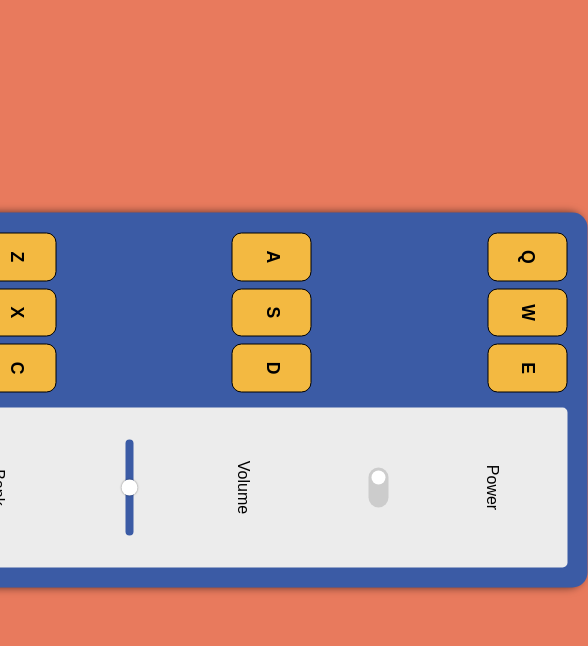
Repository: alfredoleano/drum-machine
Page: /
An editor plug-in stored every save of this project. The page is shown before and after the next save, followed by the edit.
The browser window is 375 px wide. The page is 588 px wide, so the pictures cover 588 px, including what lies to the right of the window. The pictures show the whole page.
The project was rebuilt for these pictures with package versions that can differ from the ones it lists, and the page was loaded fresh each time.

Above is the page before, as saved 2024-06-11 20:13:08.

### src/App.js
import { useEffect, useState } from 'react';
import './App.css';
import './styles.scss';

function App() {
  const bank1 = {
    Q: 'sounds/Heater-1.mp3',
    W: 'sounds/Heater-2.mp3',
    E: 'sounds/Heater-3.mp3',
    A: 'sounds/Heater-4_1.mp3',
    S: 'sounds/Heater-6.mp3',
    D: 'sounds/Dsc_Oh.mp3',
    Z: 'sounds/Kick_n_Hat.mp3',
    X: 'sounds/RP4_KICK_1.mp3',
    C: 'sounds/Cev_H2.mp3'
  };

  const bank2 = {
    Q: 'sounds/piano.mp3',
    W: 'sounds/jazz.wav',
    E: 'sounds/bangu.wav',
    A: 'sounds/num.wav',
    S: 'sounds/stroke.wav',
    D: 'sounds/cymbals.wav',
    Z: 'sounds/tom.wav',
    X: 'sounds/kick.wav',
    C: 'sounds/snare.wav'
  };

  const [volume, setVolume] = useState(50); // initial sound value
  const [power, setPower] = useState(false); //initial power volume
  const [bank, setBank] = useState(bank1); // initial bank value
  const [isBank1, setIsBank1] = useState(true); // initial bank toggle state

  // Function to change volume
  const changeVolume = (event) => {
    setVolume(event.target.value); // Update the state with current value of the volume slider
  };

  // Function to toggle power
  const togglePower = () => {
    setPower(!power);
  };

  // Function to switch Banks
  const toggleBank = () => {
    setBank(isBank1 ? bank2 : bank1);
    setIsBank1(!isBank1);
  }

  // Function to play sound
  const playSound = (id) => {
    if(!power) return; // Check if the power is on
    const audio = new Audio(bank[id]);
    audio.volume = volume / 100; // initial sound volume
    audio.currentTime = 0; // Set audio to beginning
    audio.play();
  };

  // Use useEffect to add event listener for keydown events
  useEffect(() => {
    // Make the approptiate key play the approptiate sound
    const handleKeydown = (event) => {
      const key = event.key.toUpperCase();
      if(['Q', 'W', 'E', 'A', 'S', 'D', 'Z', 'X', 'C'].includes(key)) {
        playSound(key);

        // Add active class to the button
        const button = document.getElementById(`button-${key}`);
        if(button) {
          button.classList.add('active');
        }
      }
    };

    const handleKeyup = (event) => {
      const key = event.key.toUpperCase();
      if (['Q', 'W', 'E', 'A', 'S', 'D', 'Z', 'X', 'C'].includes(key)) {
        // Remove active class from the button
        const button = document.getElementById(`button-${key}`);
        if (button) {
          button.classList.remove('active');
        }
      }
    };

    // Add keydown event listener
    window.addEventListener('keydown', handleKeydown);
    window.addEventListener('keyup', handleKeyup);

    // Cleanup event listener on component unmount
    return () => {
      window.removeEventListener('keydown', handleKeydown);
      window.removeEventListener('keyup', handleKeyup);
    };
  }, [volume, power, bank]);

  return (
    <div className="App">
      <div id='drum-machine'>
        <div id='display'>
          <div className='buttons-grid'>
            <button id="button-Q" onClick={() => playSound('Q')}>Q</button>
            <button id="button-W" onClick={() => playSound('W')}>W</button>
            <button id="button-E" onClick={() => playSound('E')}>E</button>
            <button id="button-A" onClick={() => playSound('A')}>A</button>
            <button id="button-S" onClick={() => playSound('S')}>S</button>
            <button id="button-D" onClick={() => playSound('D')}>D</button>
            <button id="button-Z" onClick={() => playSound('Z')}>Z</button>
            <button id="button-X" onClick={() => playSound('X')}>X</button>
            <button id="button-C" onClick={() => playSound('C')}>C</button>
          </div>

          <div className='controls'>
            <div className='settings'>
              <label>Power</label>
              {/* Rounded switch */}
              <label className="switch">
                <input type="checkbox" checked={power} onChange={togglePower}/>
                <span className="slider round"></span>
              </label>
            </div>

            <div className='settings'>
              <label>Volume</label>
              <input
                type='range'
                min={0}
                max={100}
                value={volume}
                onChange={changeVolume}
                className='blue'
              />
            </div>

            <div className='settings'>
              <label>Bank</label>
              <label className="switch">
                <input type="checkbox" checked={!isBank1} onChange={toggleBank}/>
                <span className="slider bank"></span>
              </label>
            </div>
          </div>
        </div>
      </div>
    </div>
  );
}

export default App;

### src/styles.scss
$primary-color: #E87A5D;
$secondary-color: #F3B941;
$tertiary-color: #3B5BA5;

/* Apply box-sizing: border-box globally */
*,
*::before,
*::after {
  box-sizing: border-box;
}

body {
  box-sizing: border-box;
  font-family: Arial, sans-serif;
  background-color: $primary-color;
  margin: 0;
  padding: 0;
  height: 100vh;
  // display: flex;
  // align-items: center;
  // justify-content: center;
}

#drum-machine {
  width: 100vw;
  height: 100vh;
  display: flex;
  align-items: center;
  justify-content: center;
  // background-color: greenyellow;
}

#display {
  background-color: $tertiary-color;
  width: 85%;
  max-width: 590px;
  margin: 30px auto;
  padding: 20px;
  border-radius: 15px;
  box-shadow: 0 4px 8px rgba(0, 0, 0, 0.6); /* Subtle shadow */
  display: grid;
  grid-template-columns: 1fr 1fr;
  grid-auto-columns: min-content;
  gap: 15px;
}

.buttons-grid {
  display: grid;
  grid-template-columns: repeat(3, 1fr);
  grid-template-rows: repeat(3, 1fr);
  gap: 7px;
  width: 100%;
}

.buttons-grid button {
  width: 100%px;
  height: 80px;
  // width: 100%;
  // height: 100%;
  border-radius: 10px;
  border: 1px solid #000;
  // border: none;
  font-weight: 800;
  font-size: 1.1rem;
  cursor: pointer;
  outline: none;
  background-color: #F3B941;
}

.buttons-grid button:active {
  background-color: #f1c979;
}

// For keydown event
.buttons-grid button.active {
  background-color: #f1c979;
}

.controls {
  padding: 10px;
  width: 100%;
  display: flex;
  align-items: center;
  justify-content: center;
  flex-direction: column;
  border-radius: 5px;
  background-color: #ececec;
}

.settings {
  display: flex;
  flex-direction: column;
  justify-content: space-around;
  align-items: center;
  padding: 10px;
  height: 35%;
  width: 100%;
  // background-color: #E87A5D;
}


/********************* Rounded switch styling ***********************/

/* The switch - the box around the slider */
.switch {
  position: relative;
  display: inline-block;
  width: 40px;
  height: 20px;
  // margin-top: 5px;
}

/* Hide default HTML checkbox */
.switch input {
  opacity: 0;
  width: 0;
  height: 0;
}

/* The slider */
.slider {
  position: absolute;
  cursor: pointer;
  top: 0;
  left: 0;
  right: 0;
  bottom: 0;
  background-color: #ccc;
  -webkit-transition: .4s;
  transition: .4s;
  border-radius: 25px;
}

.slider.bank {
  background: $tertiary-color;
}

.slider:before {
  position: absolute;
  content: "";
  height: 14px;
  width: 14px;
  left: 3px;
  bottom: 3px;
  background-color: white;
  -webkit-transition: .4s;
  transition: .4s;
  border-radius: 50%;
}

input:checked + .slider {
  background-color: $tertiary-color;
}

input:focus + .slider {
  box-shadow: 0 0 1px $tertiary-color;
}

input:checked + .slider:before {
  -webkit-transform: translateX(20px);
  -ms-transform: translateX(20px);
  transform: translateX(20px);
}

/* Rounded sliders */
.slider.round {
  border-radius: 34px;
}

.slider.round:before {
  border-radius: 50%;
}


/********************* Volume slider styling ***********************/
/* Style the range input */
input[type="range"] {
  appearance: none; /* Standard property */
  -webkit-appearance: none; /* WebKit browsers (Chrome, Safari, iOS) */
  -moz-appearance: none; /* Firefox */
  -ms-appearance: none; /* Internet Explorer and Edge */
  width: 80%;
  height: 8px; /* Adjust height as needed */
  background: $tertiary-color; /* Track color */
  border-radius: 5px;
  outline: none;
  opacity: 1;
  transition: opacity .2s;
}

/* Style the thumb for WebKit browsers (e.g., Chrome, Safari) */
input[type="range"]::-webkit-slider-thumb {
  -webkit-appearance: none; /* Remove default styling */
  appearance: none;
  width: 16px; /* Adjust thumb width as needed */
  height: 16px; /* Adjust thumb height as needed */
  background: #ffffff; /* Thumb color */
  border-radius: 50%; /* Make thumb round */
  cursor: pointer;
  box-shadow: 0 0 2px rgba(0, 0, 0, 0.5);
}


/* Style the thumb for Firefox */
input[type="range"]::-moz-range-thumb {
  -moz-appearance: none; /* Remove default styling */
  appearance: none; /* Standard property */
  width: 16px; /* Adjust thumb width as needed */
  height: 16px; /* Adjust thumb height as needed */
  background: #ffffff; /* Thumb color */
  border-radius: 50%; /* Make thumb round */
  cursor: pointer;
  box-shadow: 0 0 2px rgba(0, 0, 0, 0.5);
}

/* Style the thumb for Internet Explorer */
input[type="range"]::-ms-thumb {
  -ms-appearance: none; /* Remove default styling */
  appearance: none; /* Standard property */
  width: 16px; /* Adjust thumb width as needed */
  height: 16px; /* Adjust thumb height as needed */
  background: #ffffff; /* Thumb color */
  border-radius: 50%; /* Make thumb round */
  cursor: pointer;
  box-shadow: 0 0 2px rgba(0, 0, 0, 0.5);
}

/* Style the track for Internet Explorer */
input[type="range"]::-ms-track {
  width: 75%;
  height: 8px; /* Adjust height as needed */
  background: $tertiary-color; /* Track color */
  border-color: transparent;
  color: transparent;
  border-radius: 5px;
}

/******************** Mobile Design **********************/
@media screen and (max-width: 490px) {
  body {
    display: flex;
    justify-content: center;
    align-items: center;
  }

  #display {
    transform: rotate(90deg);
    // max-width: 100vh;
    width: 150%;
    height: 100%;
  }

  .App {
    display: flex;
    justify-content: center;
    align-items: center;
    height: 100vh;
  }
}

Loaded but not shown: public/index.html (common file); src/index.js (common file); src/index.css (common file); src/reportWebVitals.js (common file); src/App.css (common file)

After the next save:
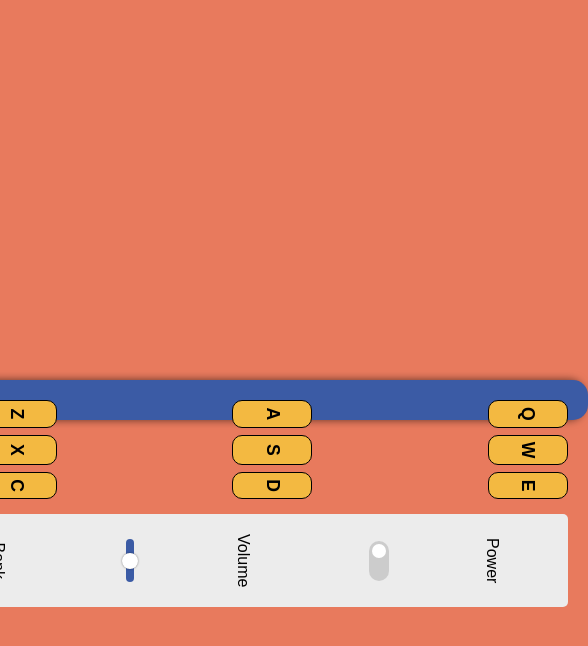
Saved 16 s later.
--- a/src/styles.scss
+++ b/src/styles.scss
@@ -246,7 +246,7 @@ input[type="range"]::-ms-track {
   #display {
     transform: rotate(90deg);
     // max-width: 100vh;
-    width: 150%;
+    width: 5%;
     height: 100%;
   }
 
